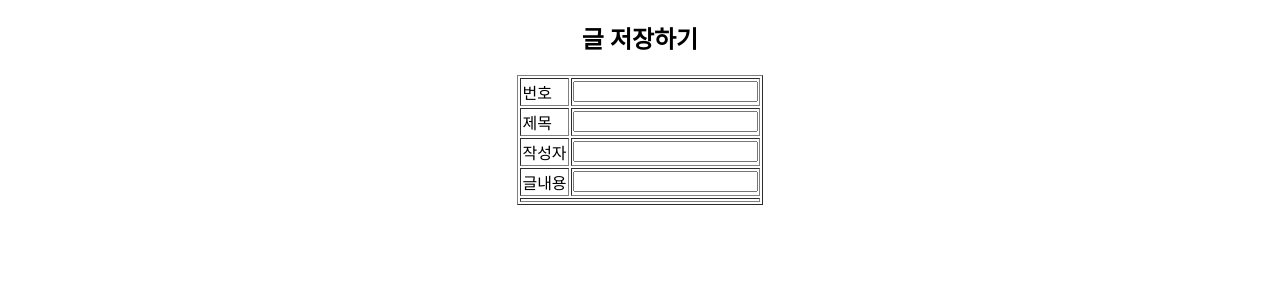
Repository: keechan/eclipse-sts3
Page: http://localhost/BoardWeb1013/board.jsp
The author's editor kept a copy of each file at every save. The page is drawn from the files as they stood at one save, then again after the next save.
The browser window is 1280 px wide. The pictures show the whole page.
The page is served by Tomcat 9. Nobody is signed in. The application's start-up code is not run. Other server files are loaded and not shown.

Above is the page before, as saved 2023-10-13 04:06:17.

### BoardWeb1013/src/main/webapp/board.jsp
<%@ page language="java" contentType="text/html; charset=UTF-8"
    pageEncoding="UTF-8"%>
<!DOCTYPE html>
<html>
<head>
<meta charset="UTF-8">
<title>Insert title here</title>
</head>
<body>
	<div align="center">
	<h2>글 저장하기</h2>
	<form action="insertBoard.do">
		<table border=1>
			<tr>
				<td>번호</td>
				<td><input type=text name="seq"></td></tr>
			<tr>
				<td>제목</td>
				<td><input type=text name="title"></td></tr>
			<tr>
				<td>작성자</td>
				<td><input type=text name="writer"></td></tr>
			<tr>
				<td>글내용</td>
				<td>
					<input type=textarea cols=40 rows=4 name="content">
				</td>
			</tr>
			<tr>
				<td colspan=2 align="center"></td>
			</tr>
		</table>
	</form>
	</div>
</body>
</html>

After the next save:
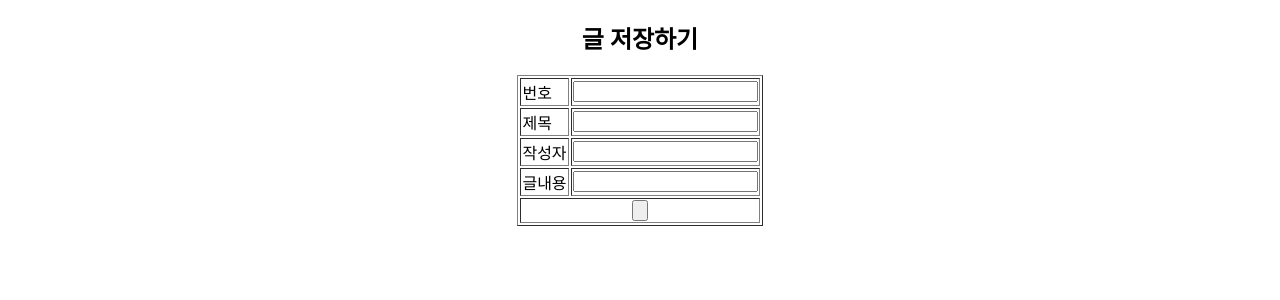
Saved 70 s later.
--- a/BoardWeb1013/src/main/webapp/board.jsp
+++ b/BoardWeb1013/src/main/webapp/board.jsp
@@ -27,7 +27,8 @@
 				</td>
 			</tr>
 			<tr>
-				<td colspan=2 align="center"></td>
+				<td colspan=2 align="center">
+				<input type=button name="content"></td>
 			</tr>
 		</table>
 	</form>
